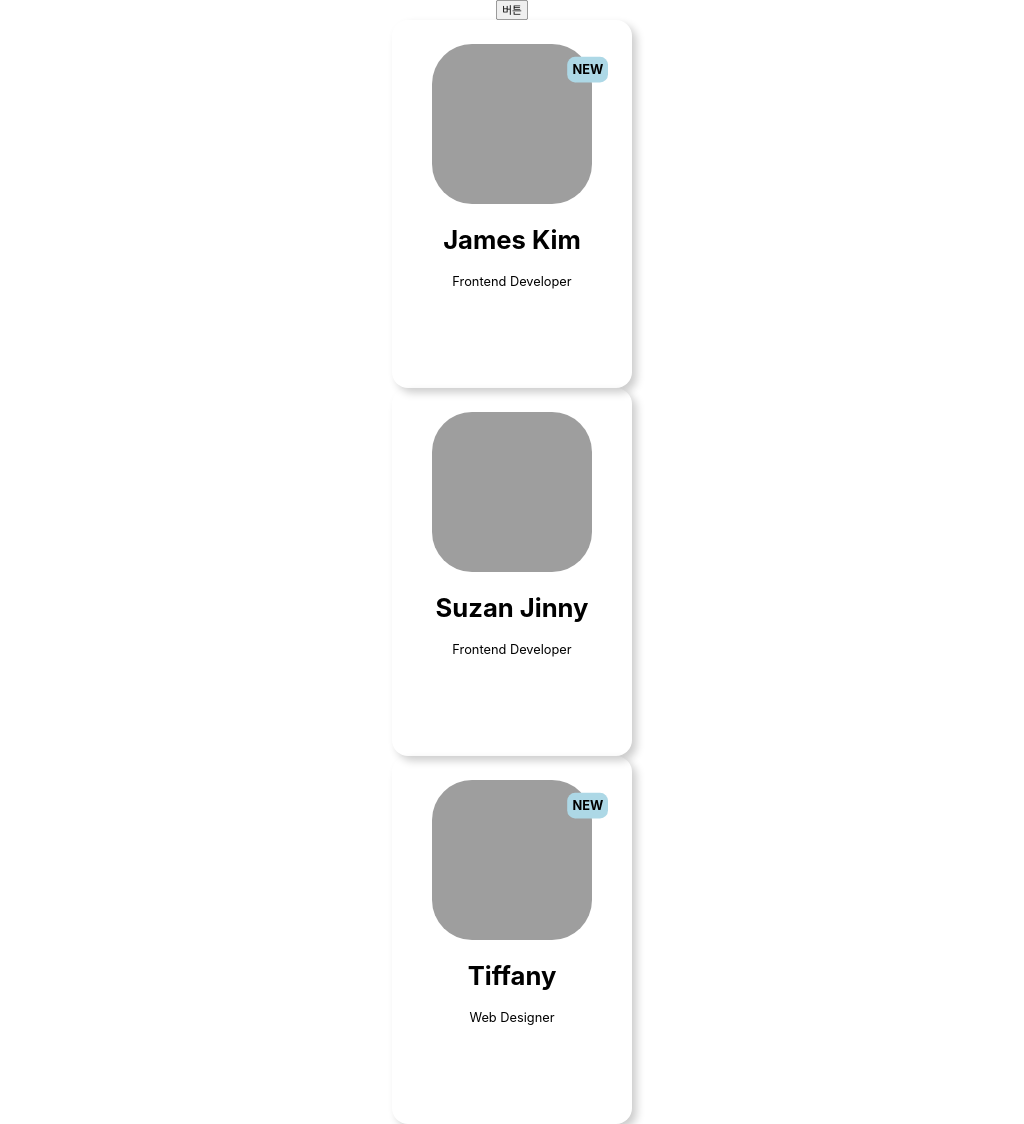
Repository: dnjfht/css-example
Page: /
An editor plug-in stored every save of this project. The page is shown before and after the next save, followed by the edit.
The browser window is 1280 px wide. The pictures show the whole page, at 80% of full size.
Pictures or frames that could not be fetched are drawn as grey boxes. The project was rebuilt for these pictures with package versions that can differ from the ones it lists, and the page was loaded fresh each time. Also part of the build but not shown: src/App.css.

Above is the page before, as saved 2023-05-09 17:31:30.

### src/App.js
import "./App.css";
import Profile from "./components/Profile";

function App() {
  const handleClick = (event) => {
    console.log(event);
    alert("버튼이 클릭됨!");
  };

  return (
    <div
      style={{
        width: 300,
        margin: "0 auto",
        textAlign: "center",
      }}
    >
      <button onClick={handleClick}>버튼</button>
      <Profile
        image="https://images.unsplash.com/photo-1618641986557-1ecd230959aa?ixlib=rb-4.0.3&ixid=MnwxMjA3fDB8MHxwaG90by1wYWdlfHx8fGVufDB8fHx8&auto=format&fit=crop&w=687&q=80"
        name="James Kim"
        job="Frontend Developer"
        isNew={true}
      />
      <Profile
        image="https://images.unsplash.com/photo-1535418193292-403b64871181?ixlib=rb-4.0.3&ixid=MnwxMjA3fDB8MHxwaG90by1wYWdlfHx8fGVufDB8fHx8&auto=format&fit=crop&w=685&q=80"
        name="Suzan Jinny"
        job="Frontend Developer"
        isNew={false}
      />
      <Profile
        image="https://images.unsplash.com/photo-1508285296015-c0b524447532?ixlib=rb-4.0.3&ixid=MnwxMjA3fDB8MHxwaG90by1wYWdlfHx8fGVufDB8fHx8&auto=format&fit=crop&w=701&q=80"
        name="Tiffany"
        job="Web Designer"
        isNew={true}
      />
    </div>
  );
}

export default App;

### src/components/Profile.jsx
import React from "react";
import ProfileImgWrap from "./ProfileImgWrap";

export default function Profile({ image, name, job, isNew }) {
  return (
    <div
      style={{
        width: 240,
        height: 400,
        padding: "30px",
        textAlign: "center",
        borderRadius: 20,
        boxShadow: "6px 6px 10px rgba(0,0,0,0.2)",
      }}
    >
      <ProfileImgWrap image={image} isNew={isNew} />
      <h1>{name}</h1>
      <p>{job}</p>
    </div>
  );
}

### src/components/ProfileImgWrap.js
import React from "react";

export default function ProfileImgWrap({ isNew, image }) {
  return (
    <div style={{ position: "relative" }}>
      {isNew ? (
        <>
          <img
            style={{
              width: 200,
              height: 200,
              objectFit: "cover",
              borderRadius: 50,
            }}
            src={image}
            alt="profileImg"
          />
          <h3
            style={{
              padding: 6,
              backgroundColor: "lightblue",
              borderRadius: 10,
              textAlign: "center",
              position: "absolute",
              top: 0,
              right: 0,
              fontSize: 16,
            }}
          >
            NEW
          </h3>
        </>
      ) : (
        <>
          <img
            style={{
              width: 200,
              height: 200,
              objectFit: "cover",
              borderRadius: 50,
            }}
            src={image}
            alt="profileImg"
          />
        </>
      )}
    </div>
  );
}

Loaded but not shown: public/index.html (common file); src/index.js (common file); src/index.css (common file); src/reportWebVitals.js (common file)

After the next save:
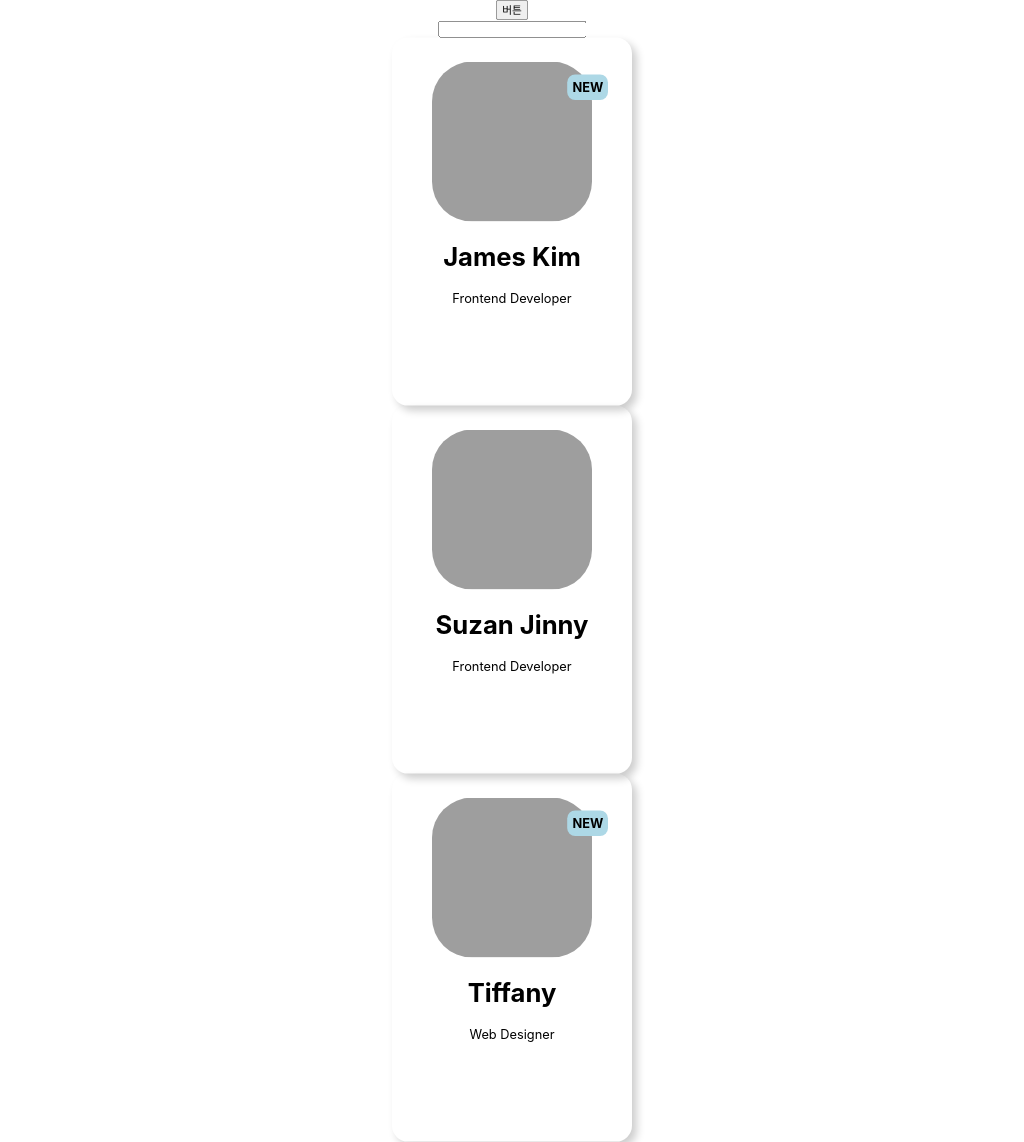
Saved 2 min 27 s later.
--- a/src/App.js
+++ b/src/App.js
@@ -16,6 +16,9 @@ function App() {
       }}
     >
       <button onClick={handleClick}>버튼</button>
+      <form onSubmit={() => {}}>
+        <input />
+      </form>
       <Profile
         image="https://images.unsplash.com/photo-1618641986557-1ecd230959aa?ixlib=rb-4.0.3&ixid=MnwxMjA3fDB8MHxwaG90by1wYWdlfHx8fGVufDB8fHx8&auto=format&fit=crop&w=687&q=80"
         name="James Kim"
